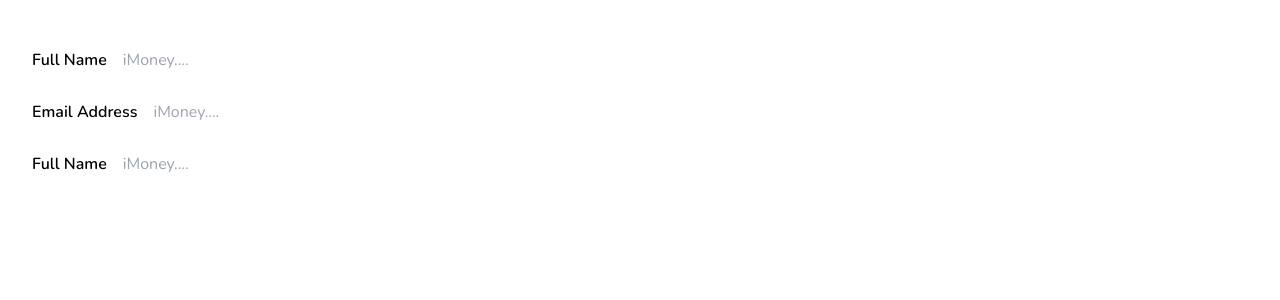
Repository: maixuanhieu/iMoney-VueJS
Page: /register
An editor plug-in stored every save of this project. The page is shown before and after the next save, followed by the edit.
The browser window is 1280 px wide. The pictures show the whole page.
The project was rebuilt for these pictures with package versions that can differ from the ones it lists, and the page was loaded fresh each time.

Above is the page before, as saved 2021-11-18 11:27:37.

After the next save:
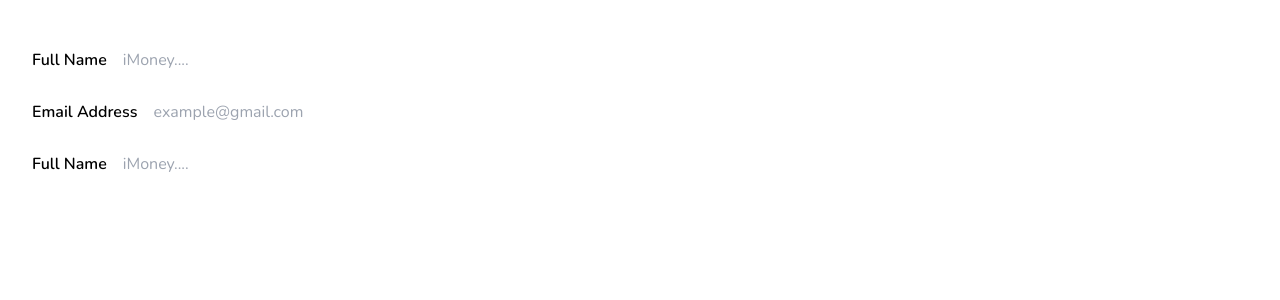
Saved 18 s later.
--- a/src/views/register.vue
+++ b/src/views/register.vue
@@ -20,7 +20,7 @@
            id="fullName"
            class="px-4 py-3 rounded-lg border-gray-100 mt-1"
            type="email"
-           placeholder="iMoney...." />
+           placeholder="example@gmail.com" />
          </label>
        </div>
 
